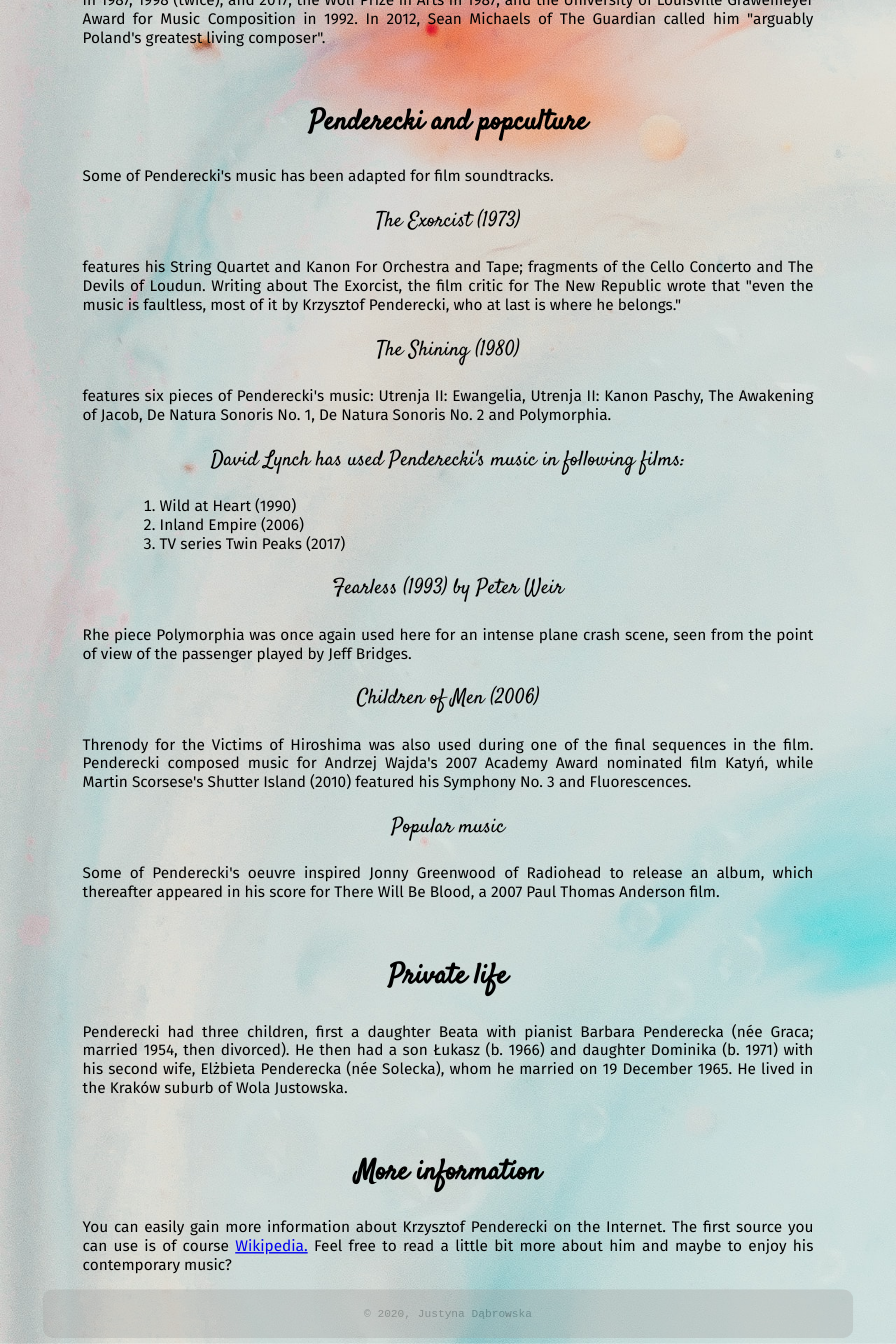
Repository: justynke/tribute_page
Page: index.html
These files come from the project's save history. The page is drawn as it stood at one moment and after the next save; the edit follows.
The browser window is 1280 px wide. The pictures show the part of the page from y = 1584 to 3504 px (the page is 3504 px tall), at 70% of full size.

Above is the page before, as saved 2020-04-24 16:17:06.

### index.html
<!DOCTYPE html>
<html lang = "pl-PL">
<head>
    <link href="https://fonts.googleapis.com/css2?family=Satisfy&display=swap" rel="stylesheet">
    <link href="https://fonts.googleapis.com/css2?family=Fira+Sans&display=swap" rel="stylesheet">

    <link rel="stylesheet" type="text/css" href="styles.css">
    <title>Krzysztof Penderecki Tribute Page</title>
</head>



<body id = "main">
<header>
    <nav id = "nav">
        <div id = "edu"><a href = "#education" style = "color: inherit; text-decoration: none;">Education</a></div>
        <div id = "pop"><a href = "#popculture" style = "color: inherit; text-decoration: none;">Popculture</a></div>
        <div id = "priv"><a href = "#private" style = "color: inherit; text-decoration: none;">Private life</a></div>
    </nav>


<main>
    <h1 id = "title">Welcome to Krzysztof Penderecki Tribute Page</h1>

    <div id = "img-div">
        <figure>
            <img id = "image" src = "images/penderecki_01.jpg" alt = "Krzysztof Penderecki">
            <figcaption id = "img-caption">Krzysztof Penderecki, photo: <a href = "http://gazeta.pl">Gazeta.pl</a></figcaption>
        </figure>
    </div>

</header>
    <hr>


<div id = "tribute-info">
    <section>
    <p>
        <b>Krzysztof Eugeniusz Penderecki</b> (Polish: [ˈkʂɨʂtɔf pɛndɛˈrɛt͡skʲi]; 23 November 1933 – 29 March 2020) was a Polish composer and conductor. Among his best known works are Threnody to the Victims of Hiroshima, Symphony No. 3, his St. Luke Passion, Polish Requiem, Anaklasis and Utrenja. Penderecki composed:
        <ul>
            <li>four operas</li>
            <li>eight symphonies and other orchestral pieces</li>
            <li>a variety of instrumental concertos</li>
            <li>choral settings of mainly religious texts</li>
            <li>chamber and instrumental works.</li>
        </ul>
    </p>
</section>
    <section id = "education">
    <h2>Education and first works</h2>
    <p>Penderecki studied music at Jagiellonian University and the Academy of Music in Kraków. After graduating from the Academy, he became a teacher there and began his career as a composer in 1959 during the Warsaw Autumn festival. His Threnody to the Victims of Hiroshima for string orchestra and the choral work St. Luke Passion have received popular acclaim. His first opera, The Devils of Loudun, was not immediately successful. Beginning in the mid-1970s, Penderecki's composing style changed, with his first violin concerto focusing on the semitone and the tritone. His choral work Polish Requiem was written in the 1980s and expanded in 1993 and 2005.</p>
    </section>


    <section>
    <h2>Awards</h2>
    <p>Penderecki won many prestigious awards, including the Prix Italia in 1967 and 1968; four Grammy Awards in 1987, 1998 (twice), and 2017; the Wolf Prize in Arts in 1987; and the University of Louisville Grawemeyer Award for Music Composition in 1992. In 2012, Sean Michaels of The Guardian called him "arguably Poland's greatest living composer".</p>
    </section>

    <section id = "popculture">
    <h2>Penderecki and popculture</h2>
    <p>Some of Penderecki's music has been adapted for film soundtracks.</p>
    <h3>The Exorcist (1973)</h3>
    <p>features his String Quartet and Kanon For Orchestra and Tape; fragments of the Cello Concerto and The Devils of Loudun. Writing about The Exorcist, the film critic for The New Republic wrote that "even the music is faultless, most of it by Krzysztof Penderecki, who at last is where he belongs."</p>
    <h3>The Shining (1980)</h3>
    <p> features six pieces of Penderecki's music: Utrenja II: Ewangelia, Utrenja II: Kanon Paschy, The Awakening of Jacob, De Natura Sonoris No. 1, De Natura Sonoris No. 2 and Polymorphia.</p>
    <h3>David Lynch has used Penderecki's music in following films:</h3>
    <ol>
        <li>Wild at Heart (1990)</li>
        <li>Inland Empire (2006)</li>
        <li>TV series Twin Peaks (2017)</li>
    </ol>
    <h3>Fearless (1993) by Peter Weir</h3>
    <p>Rhe piece Polymorphia was once again used here for an intense plane crash scene, seen from the point of view of the passenger played by Jeff Bridges. </p>

    <h3>Children of Men (2006)</h3>
     <p>Threnody for the Victims of Hiroshima was also used during one of the final sequences in the film. Penderecki composed music for Andrzej Wajda's 2007 Academy Award nominated film Katyń, while Martin Scorsese's Shutter Island (2010) featured his Symphony No. 3 and Fluorescences.

        <h3>Popular music</h3>
        <p>Some of Penderecki's oeuvre inspired Jonny Greenwood of Radiohead to release an album, which thereafter appeared in his score for There Will Be Blood, a 2007 Paul Thomas Anderson film.</p>
</section>

    <section id = "private">
        <h2>Private life</h2>
        <p>Penderecki had three children, first a daughter Beata with pianist Barbara Penderecka (née Graca; married 1954, then divorced). He then had a son Łukasz (b. 1966) and daughter Dominika (b. 1971) with his second wife, Elżbieta Penderecka (née Solecka), whom he married on 19 December 1965. He lived in the Kraków suburb of Wola Justowska.</p>
    </section>

    <section>
        <h2>More information</h2>
        <p>You can easily gain more information about Krzysztof Penderecki on the Internet. The first source you can use is of course <a href = "https://en.wikipedia.org/wiki/Krzysztof_Penderecki" target="_blank" id = "tribute-link">Wikipedia.</a> Feel free to read a little bit more about him and maybe to enjoy his contemporary music?</p>
    </section>
    </div>
    <script src="https://cdn.freecodecamp.org/testable-projects-fcc/v1/bundle.js"></script>
</main>
<footer>
    &copy; 2020, Justyna Dąbrowska
</footer>
</body>
</html>

### styles.css
body {
    background-image: url(images/background.jpg);
}

h1 {
    text-align: center;
    font-family: 'Satisfy';
    font-size: 52px;
    margin-bottom: 0.8em;
}

h2 {
    font-family: 'Satisfy';
    font-size: 40px;
    margin-top: 2em;
    text-align: center;
}

h3 {
    font-family: 'Satisfy';
    font-size: 30px;
    text-align: center;
    font-weight: 250;
}

#img-div {
    height: 38vw;
    width: 80vw;
    margin: auto;
    position: relative;
}


#image {
    filter: gray; /* IE6-9 */
    -webkit-filter: grayscale(1); /* Google Chrome, Safari 6+ & Opera 15+ */
    filter: grayscale(1);
    max-width: 100%;
    max-height: 100%;
    height: auto;
    margin: auto;
    display: block;
    position: relative;
    border: solid;
    border-color: transparent;
    border-radius: 4%;
}

#image:hover {
    filter: grayscale(0);
}

#img-caption {
    font-family: 'Fira Sans', sans-serif;;
    text-align: center;
    font-style: italic;
    font-size: small;
    font-weight: 100;
}

figure {
    margin: auto;
    width: 100%;
    height: 100%;
    position: relative;
}

hr {
    margin-top: 2.5em;
}

p {
    padding-left: 5em;
    padding-right: 5em;
    font-family: 'Fira Sans', sans-serif;
    font-size: 22px;
    text-align: justify;
}

ul {
    padding-left: 10em;
    font-family: 'Fira Sans', sans-serif;
    font-size: 22px;
}

ol {
    padding-left: 10em;
    font-family: 'Fira Sans', sans-serif;
    font-size: 22px;
}

#nav {
    font-family: 'Satisfy', sans-serif;
    display: flex;
    justify-content: space-evenly;
    width: 100%;
    height: 5vw;
    margin: auto;
    position: relative;
    font-size: 3vw;
}

#edu {
    display: flex;
    background-color: #DC3522;
    flex-grow: 1;
    border: solid;
    border-color: transparent;
    border-radius: 15px 0px 0px 15px;
    color: white;
    justify-content: center;
    align-items: center;
    opacity: 0.7;
}

#pop {
    display: flex;
    flex-grow: 1;
    background-color: #D9CB9E;
    color: white;
    justify-content: center;
    align-items: center;
    opacity: 0.7;
}

#priv {
    display: flex;
    flex-grow: 1;
    background-color: #374140;
    border: solid;
    border-color: transparent;
    border-radius: 0px 15px 15px 0px;
    color: white;
    justify-content: center;
    align-items: center;
    opacity: 0.7;
}

footer {
    display: flex;
    margin: auto;
    background-color: #a1a09e;
    opacity: 0.3;
    text-align: center;
    border: solid;
    border-color: transparent;
    border-radius: 15px;
    width: 90vw;
    height: 5vw;
    align-items: center;
    justify-content: center;
    font-family: 'Courier New', Courier, monospace;
}

After the next save:
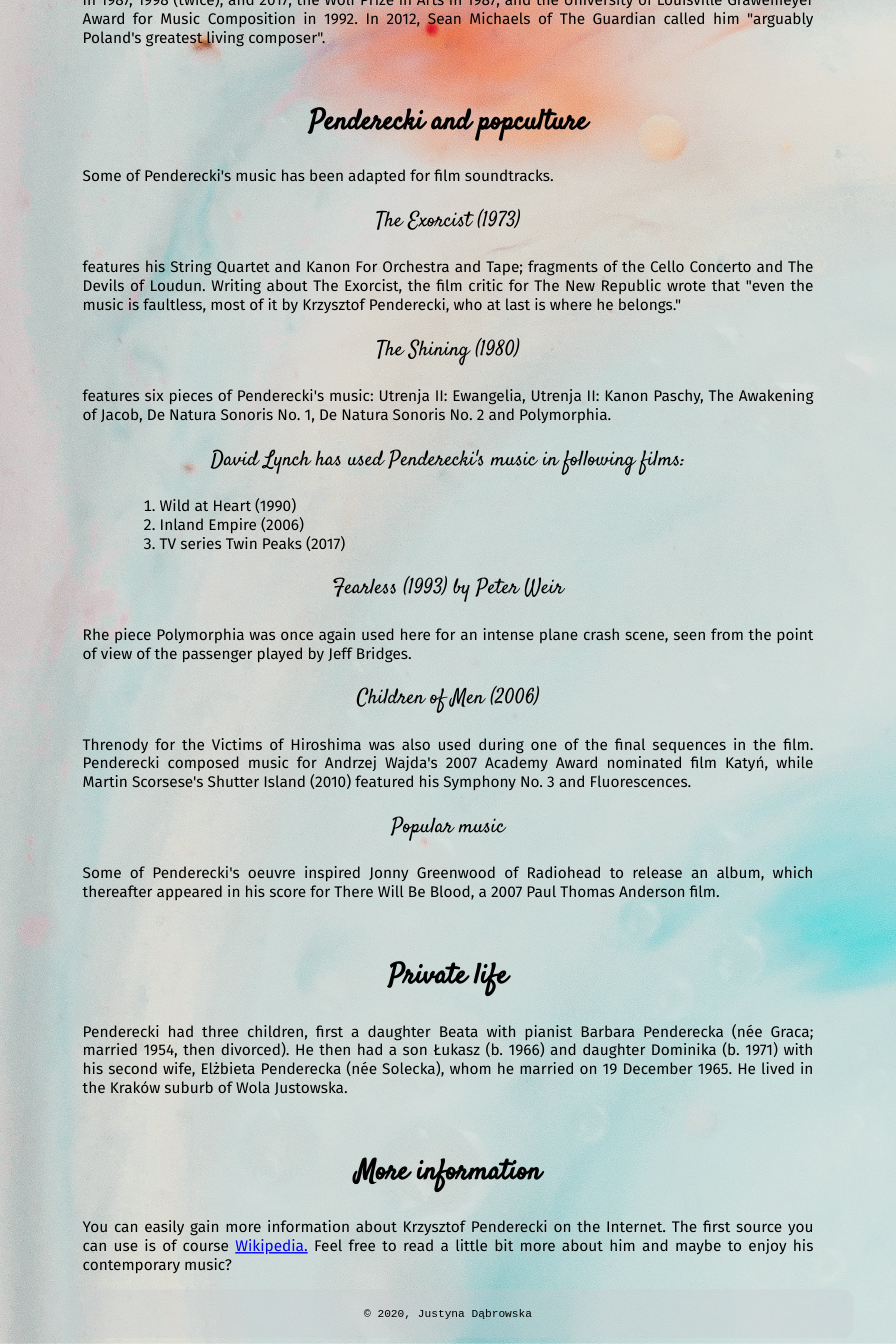
Saved 4 min 27 s later.
--- a/styles.css
+++ b/styles.css
@@ -139,8 +139,7 @@
 footer {
     display: flex;
     margin: auto;
-    background-color: #a1a09e;
-    opacity: 0.3;
+    background-color: rgb(198, 203, 206, 0.3);
     text-align: center;
     border: solid;
     border-color: transparent;
